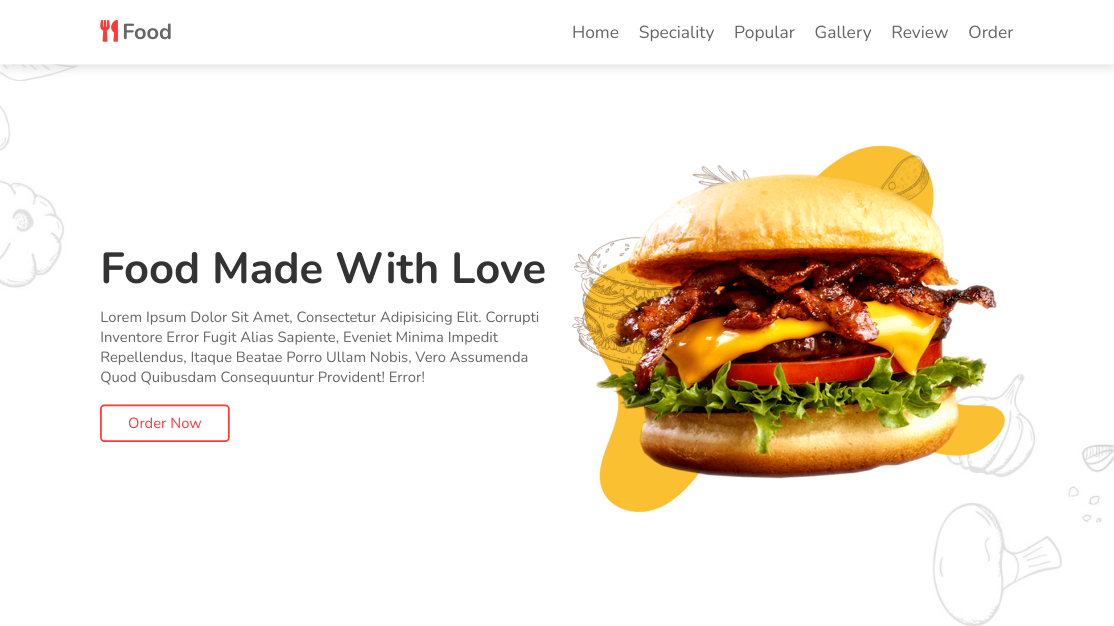
Repository: ManhTanVN/food
Page: index.html
The author's editor kept a copy of each file at every save. The page is drawn from the files as they stood at one save, then again after the next save.
The browser window is 1280 px wide. The pictures show the whole page, at 87% of full size.
The style sheet was rebuilt from its Sass, Less or Tailwind sources for each picture, by a compiler version that may differ from the author's.

Above is the page before, as saved 2021-08-29 15:24:58.

After the next save:
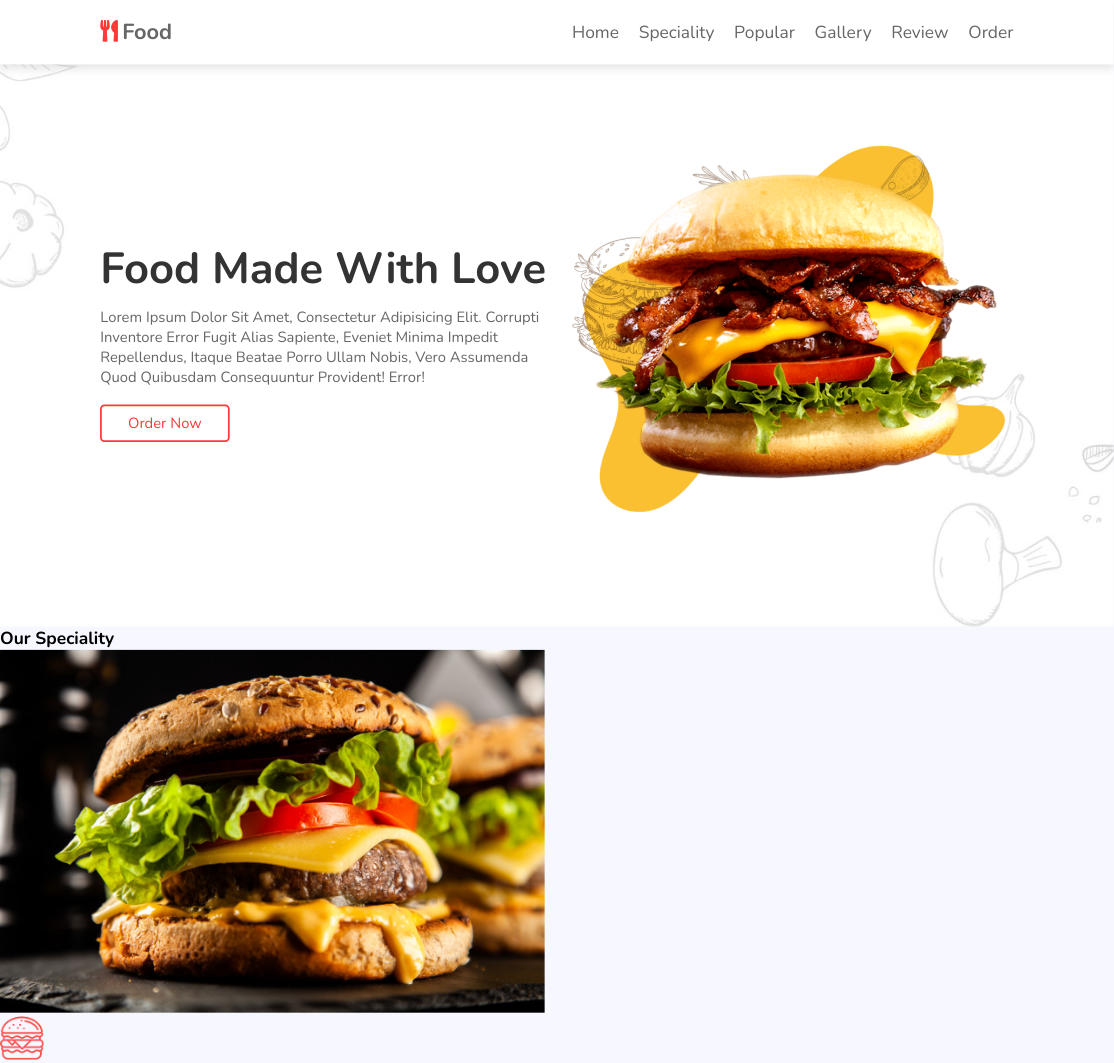
Saved 6 min 29 s later.
--- a/index.html
+++ b/index.html
@@ -42,6 +42,20 @@
     </section>
     <!-- home section ends -->
 
+    <!-- speciality section starts -->
+    <div class="speciality" id="speciality">
+        <h1 class="speciality__heading">our <span>speciality</span></h1>
+        <div class="speciality__box-container">
+            <div class="speciality__box">
+                <img src="./assets/images/s-img-1.jpg" alt="">
+                <div class="speciality__box-content">
+                    <img src="./assets/images/s-1.png" alt="">
+                </div>
+            </div>
+        </div>
+    </div>
+    <!-- speciality section ends -->
+
 <!-- custom js -->
 <script src="./assets/js/main.js"></script>
 </body>
